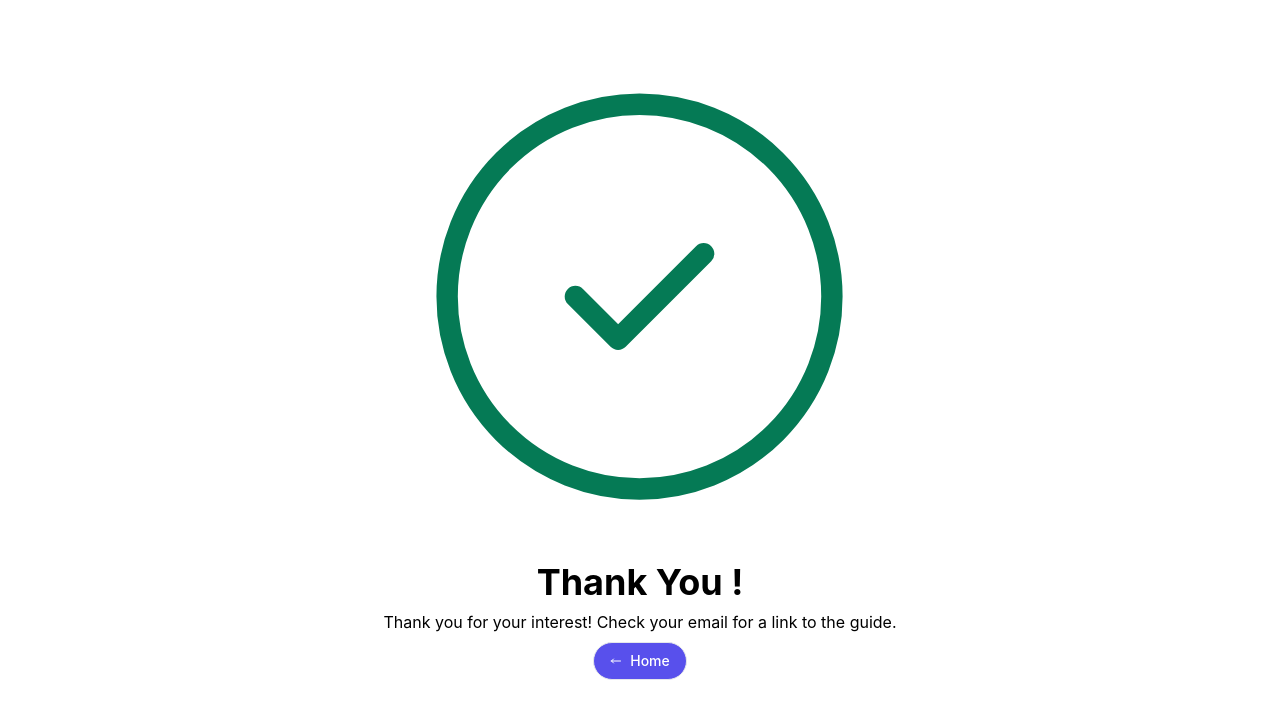
Repository: sodmaq/portfolio
Page: dist/success.html
The author's editor kept a copy of each file at every save. The page is drawn from the files as they stood at one save, then again after a run of saves.
The browser window is 1280 px wide. The pictures show the whole page.
Some web libraries are served in a nearby version.

Above is the page before, as saved 2024-02-25 13:28:34.

### dist/success.html
<!DOCTYPE html>
<html lang="en">
  <head>
    <meta charset="UTF-8" />
    <meta name="viewport" content="width=device-width, initial-scale=1.0" />
    <link
      href="https://cdnjs.cloudflare.com/ajax/libs/flowbite/1.8.1/flowbite.min.css"
      rel="stylesheet"
    />
    <title>Document</title>
  </head>
  <body>
    <div class="flex items-center justify-center h-screen">
      <div>
        <div class="flex flex-col items-center space-y-2">
          <svg
            xmlns="http://www.w3.org/2000/svg"
            class="text-green-600 w-28 h-28"
            fill="none"
            viewBox="0 0 24 24"
            stroke="currentColor"
            stroke-width="1"
          >
            <path
              stroke-linecap="round"
              stroke-linejoin="round"
              d="M9 12l2 2 4-4m6 2a9 9 0 11-18 0 9 9 0 0118 0z"
            />
          </svg>
          <h1 class="text-4xl font-bold">Thank You !</h1>
          <p>
            Thank you for your interest! Check your email for a link to the
            guide.
          </p>
          <a
            class="inline-flex items-center px-4 py-2 text-white bg-indigo-600 border border-indigo-600 rounded-full hover:bg-indigo-700 focus:outline-none focus:ring"
          >
            <svg
              xmlns="http://www.w3.org/2000/svg"
              class="w-3 h-3 mr-2"
              fill="none"
              viewBox="0 0 24 24"
              stroke="currentColor"
              stroke-width="2"
            >
              <path
                stroke-linecap="round"
                stroke-linejoin="round"
                d="M7 16l-4-4m0 0l4-4m-4 4h18"
              />
            </svg>
            <span class="text-sm font-medium "> Home </span>
          </a>
        </div>
      </div>
    </div>
  </body>
</html>

After the next 2 saves:
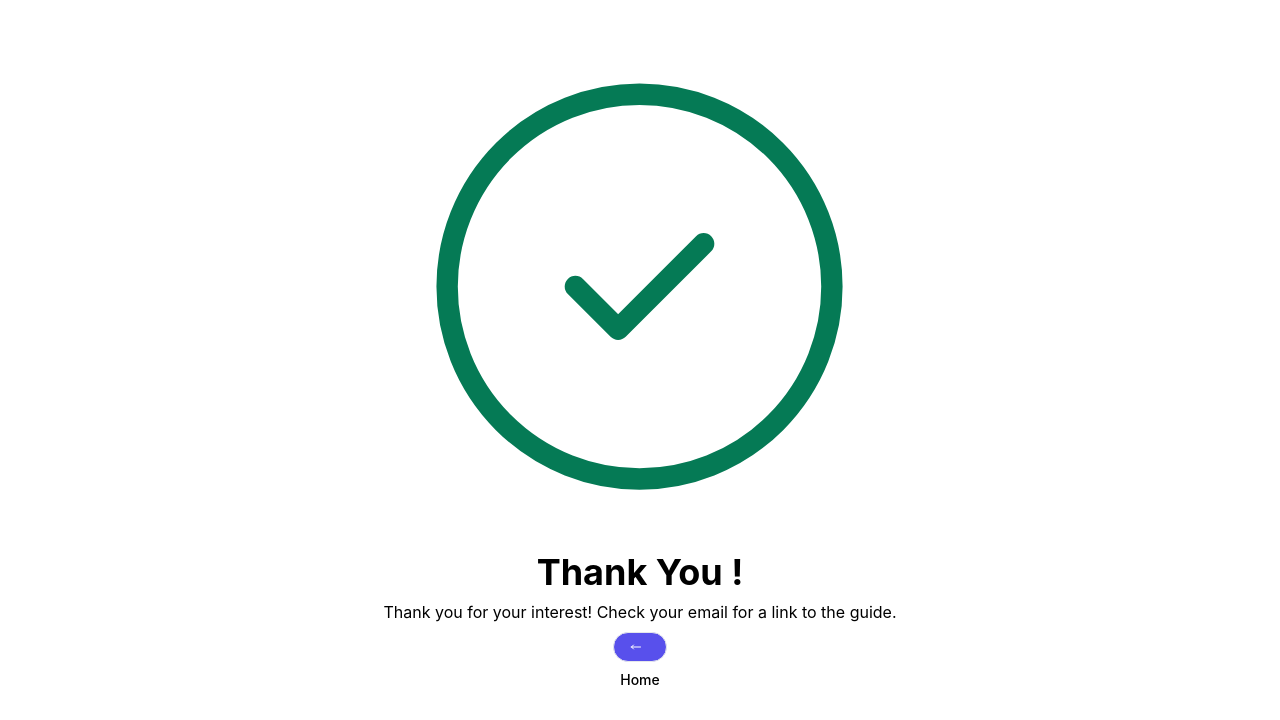
The 2 saves are shown as one change because they came seconds apart.
The last was saved 73 s later.
--- a/dist/success.html
+++ b/dist/success.html
@@ -49,7 +49,9 @@
                 d="M7 16l-4-4m0 0l4-4m-4 4h18"
               />
             </svg>
-            <span class="text-sm font-medium "> Home </span>
+            <a href="https://www.yourwebsite.com" class="text-sm font-medium"
+              >Home</a
+            >
           </a>
         </div>
       </div>
